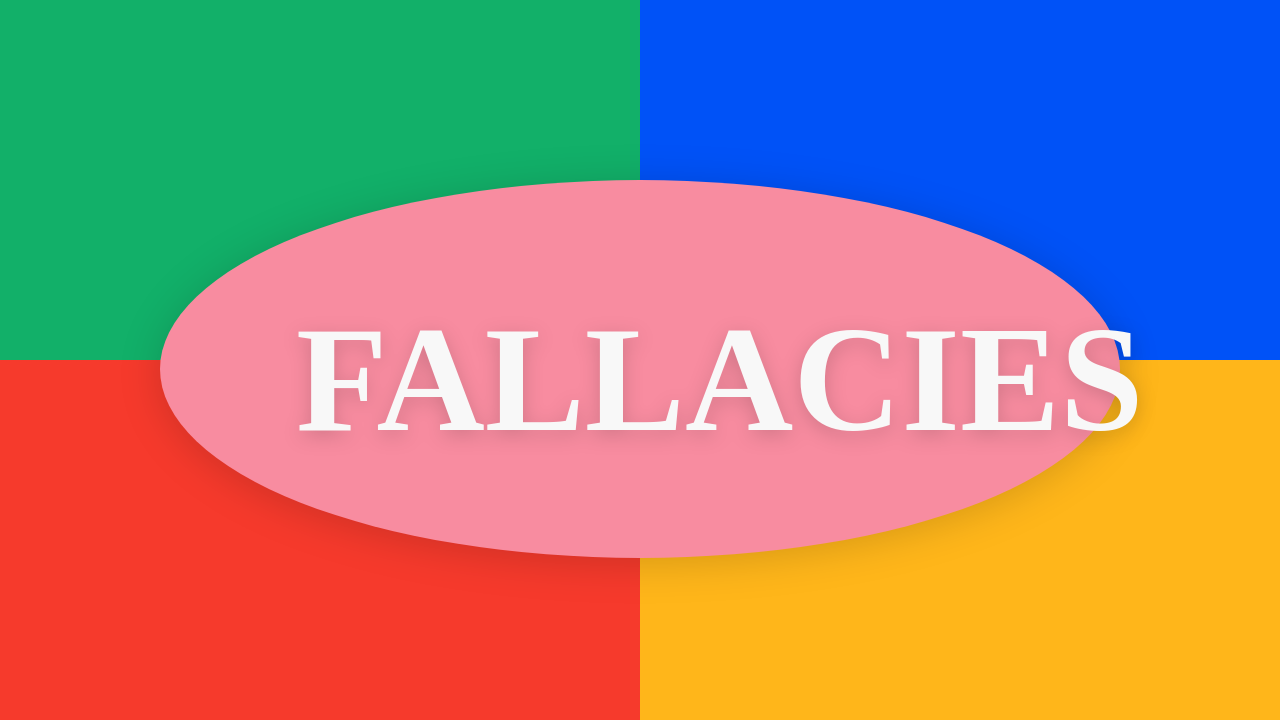
Repository: yafugray/fallacies
Page: project/Midterm project/index.html
These files come from the project's save history. The page is drawn as it stood at one moment and after the next save; the edit follows.
The browser window is 1280 px wide. The pictures show the whole page.

Above is the page before, as saved 2020-03-12 15:09:50.

### project/Midterm project/index.html
<!DOCTYPE html>
<html lang="en">
<head>
    <meta charset="UTF-8">
    <meta name="viewport" content="width=device-width, initial-scale=1.0">
    <title>Fallacies</title>
    <link href="app.css" rel="stylesheet">
</head>
<body>
    <div id="Mainpage">
        <div id="rec1"></div>
        <div id="rec2"></div>
        <div id="rec3"></div>
        <div id="rec4"></div>
        <div id="group1">
            <svg class="ellipse">
                <ellipse fill="rgba(248,140,160,1)" id="Ellipse_8" rx="75%" ry="75%" cx="50%" cy="75%">
                </ellipse>
            </svg>
            <div id="fallacies">
                <span>FALLACIES</span>
            </div>
        </div>
    </div>
</body>
</html>

### project/Midterm project/app.css
* {
    margin: 0;
    padding: 0;
    box-sizing: border-box;
    border: none;
}

#Mainpage {
    position: absolute;
    width: 100vw;
    height: 100vh;
    background-color: azure;
    overflow: hidden;
}
@keyframes fadein {

    0% {
        opacity: 0;
    }
    100% {
        opacity: 1;
    }

}

#rec1 {
	position: absolute;
	overflow: visible;
	width: 50vw;
	height: 50vh;
	left: 0px;
    top: 0px;
    background-color: rgba(18,176,105,1);
}
#rec4 {
	position: absolute;
	overflow: visible;
	width: 50vw;
	height: 50vh;
	left: 0px;
    bottom: 0px;
    background-color: rgba(246,58,44,1);
}
#rec2 {
	position: absolute;
	overflow: visible;
	width: 50vw;
	height: 50vh;
	right: 0px;
    top: 0px;
    background-color: rgba(0,82,247,1);
}
#rec3 {
	position: absolute;
	overflow: visible;
	width: 50vw;
	height: 50vh;
	right: 0px;
    bottom: 0px;
    background-color: rgba(255,182,26,1);
}

#group1 {
    position: absolute;
	width: 70vw;
	height: 35vh;
    left: 25%;
    right: 25%;
    top: 25%;
    bottom: 25%;
	overflow: visible;
	--web-animation: fadein 0.3s ease-out;
	--web-action-type: page;
	--web-action-target: custom___2.html;
	cursor: pointer;
}

.ellipse {
    filter: drop-shadow(0px 5px 20px rgba(0, 0, 0, 0.161));
	position: absolute;
	overflow: visible;
	width: 50vw;
	height: 35vh;
    left: 0px;
    right:0px;
    top: 0px;
    bottom: 0px;
}

#fallacies {
    filter: drop-shadow(0px 5px 10px rgba(0, 0, 0, 0.161));
    position: relative;
    align-items: center;
    justify-content: center;
    top: 45%;
    bottom: 45%;
    right: 5%;
    /* left: 25%; */
    width: 889px;
    overflow: visible;
    white-space: nowrap;
    text-align: center;
    font-family: TitlingGothicFB Narrow;
    font-style: normal;
    font-weight: bold;
    font-size: 150px;
    color: rgba(248,248,248,1);
}

After the next save:
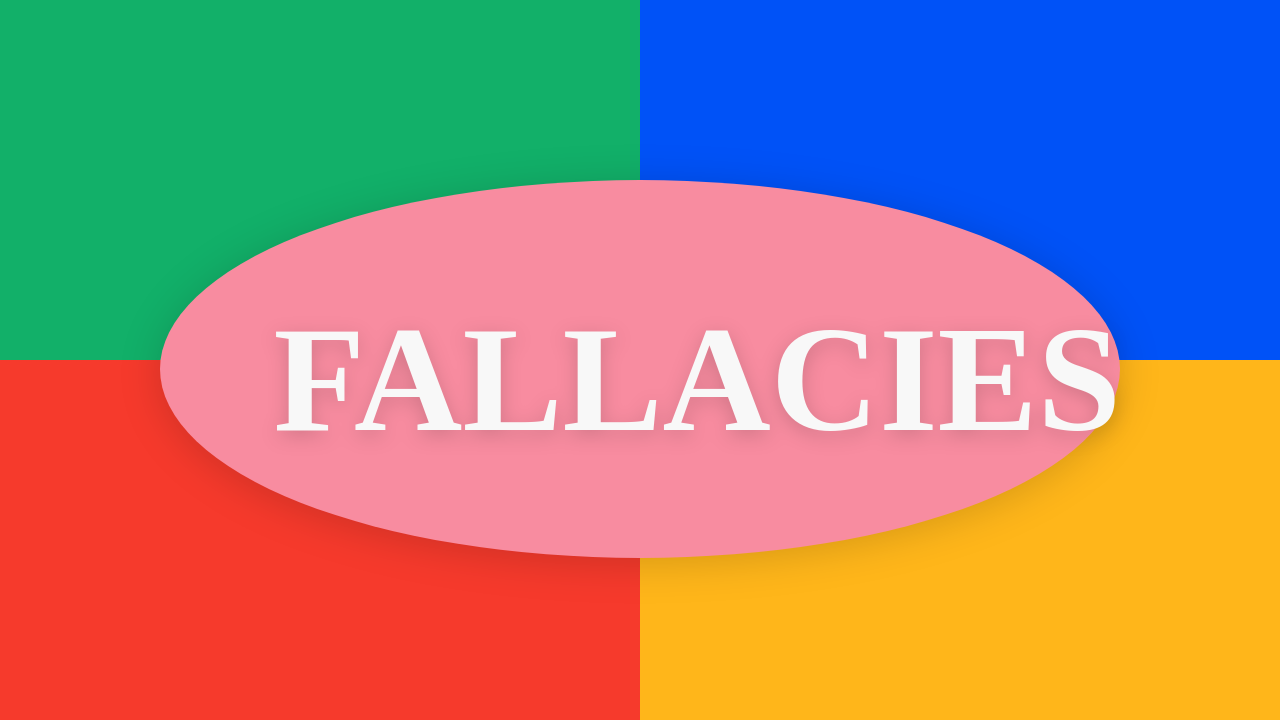
Saved 6 s later.
--- a/project/Midterm project/app.css
+++ b/project/Midterm project/app.css
@@ -94,7 +94,7 @@
     justify-content: center;
     top: 45%;
     bottom: 45%;
-    right: 5%;
+    right: 7.5%;
     /* left: 25%; */
     width: 889px;
     overflow: visible;
